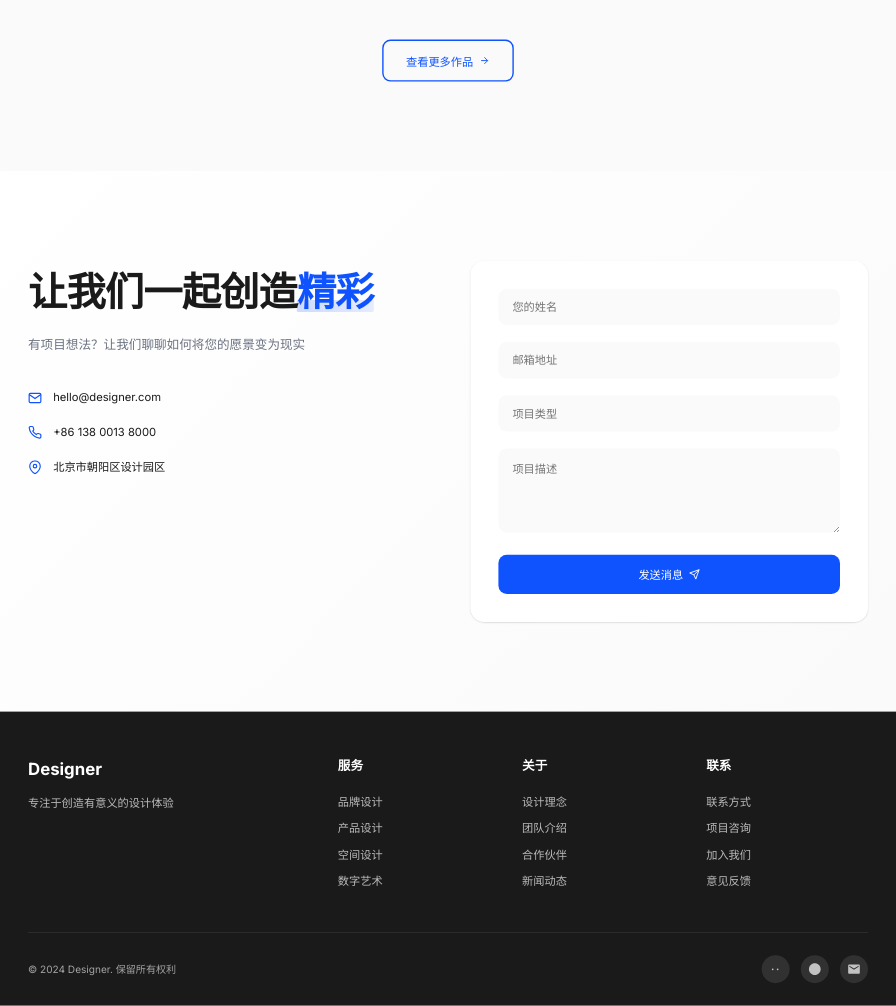
Repository: Nanzhexi/zhexi.github.io
Page: index.html
The author's editor kept a copy of each file at every save. The page is drawn from the files as they stood at one save, then again after the next save.
The browser window is 1280 px wide. The pictures show the part of the page from y = 2001 to 3921 px (the page is 3438 px tall before and 3947 px after), at 70% of full size.

Above is the page before, as saved 2025-07-03 03:40:27.

### index.html
<!DOCTYPE html>
<html lang="zh-CN">
<head>
    <meta charset="UTF-8">
    <meta name="viewport" content="width=device-width, initial-scale=1.0">
    <title>设计工作室</title>
    <link rel="stylesheet" href="./css/index.css">
    <link rel="preconnect" href="https://fonts.googleapis.com">
    <link rel="preconnect" href="https://fonts.gstatic.com" crossorigin>
    <link href="https://fonts.googleapis.com/css2?family=Inter:wght@300;400;500;600;700&display=swap" rel="stylesheet">
</head>

<body>
    <nav class="navbar">
        <div class="nav-brand">Studio</div>
        <div class="nav-links">
            <a href="#hero" class="nav-link active">首页</a>
            <a href="#portfolio" class="nav-link">作品</a>
            <a href="#contact" class="nav-link">联系</a>
        </div>
    </nav>

    <main id="hero" class="hero">
        <div class="hero-content">
            <h1 class="hero-title">
                用<span class="highlight">视觉逻辑</span><br>
                解决商业问题
            </h1>
            <p class="hero-subtitle">
                专注品牌视觉系统与数字产品体验设计
            </p>
            <button class="cta-button" onclick="document.getElementById('portfolio').scrollIntoView({behavior: 'smooth'})">
                查看作品
                <svg width="16" height="16" viewBox="0 0 24 24" fill="none" stroke="currentColor" stroke-width="2">
                    <path d="M5 12h14M12 5l7 7-7 7"/>
                </svg>
            </button>
        </div>
    </main>

    <section id="portfolio" class="portfolio">
        <div class="portfolio-content">
            <h2 class="portfolio-title">精选作品</h2>
            <p class="portfolio-subtitle">大浪淘沙，留下的皆是能叩击心灵的佳作</p>

            <div class="portfolio-grid">
                <div class="portfolio-item large">
                    <img src="./images/1.png" alt="设计作品1" loading="lazy">
                    <div class="portfolio-overlay">
                        <div class="portfolio-info">
                            <h3>品牌视觉设计</h3>
                            <p>创意海报设计</p>
                        </div>
                    </div>
                </div>

                <div class="portfolio-item">
                    <img src="./images/2.jpg" alt="设计作品2" loading="lazy">
                    <div class="portfolio-overlay">
                        <div class="portfolio-info">
                            <h3>产品包装</h3>
                            <p>时尚配饰设计</p>
                        </div>
                    </div>
                </div>

                <div class="portfolio-item">
                    <img src="./images/3.jpg" alt="设计作品3" loading="lazy">
                    <div class="portfolio-overlay">
                        <div class="portfolio-info">
                            <h3>陶瓷艺术</h3>
                            <p>传统工艺现代化</p>
                        </div>
                    </div>
                </div>

                <div class="portfolio-item">
                    <img src="./images/4.jpg" alt="设计作品4" loading="lazy">
                    <div class="portfolio-overlay">
                        <div class="portfolio-info">
                            <h3>品牌形象</h3>
                            <p>可爱IP设计</p>
                        </div>
                    </div>
                </div>

                <div class="portfolio-item">
                    <img src="./images/6.png" alt="设计作品5" loading="lazy">
                    <div class="portfolio-overlay">
                        <div class="portfolio-info">
                            <h3>空间设计</h3>
                            <p>商业空间规划</p>
                        </div>
                    </div>
                </div>

                <div class="portfolio-item">
                    <img src="./images/7.png" alt="设计作品6" loading="lazy">
                    <div class="portfolio-overlay">
                        <div class="portfolio-info">
                            <h3>餐饮品牌</h3>
                            <p>传统文化融合</p>
                        </div>
                    </div>
                </div>

                <div class="portfolio-item">
                    <img src="./images/8.png" alt="设计作品7" loading="lazy">
                    <div class="portfolio-overlay">
                        <div class="portfolio-info">
                            <h3>数字艺术</h3>
                            <p>创新视觉表达</p>
                        </div>
                    </div>
                </div>
            </div>

            <button class="portfolio-button">
                查看更多作品
                <svg width="16" height="16" viewBox="0 0 24 24" fill="none" stroke="currentColor" stroke-width="2">
                    <path d="M5 12h14M12 5l7 7-7 7"/>
                </svg>
            </button>
        </div>
    </section>

    <!-- Contact Section -->
    <section id="contact" class="contact">
        <div class="contact-content">
            <div class="contact-text">
                <h2 class="contact-title">让我们一起创造<span class="highlight">精彩</span></h2>
                <p class="contact-subtitle">有项目想法？让我们聊聊如何将您的愿景变为现实</p>

                <div class="contact-info">
                    <div class="contact-item">
                        <svg width="20" height="20" viewBox="0 0 24 24" fill="none" stroke="currentColor" stroke-width="2">
                            <path d="M4 4h16c1.1 0 2 .9 2 2v12c0 1.1-.9 2-2 2H4c-1.1 0-2-.9-2-2V6c0-1.1.9-2 2-2z"/>
                            <polyline points="22,6 12,13 2,6"/>
                        </svg>
                        <span>hello@designer.com</span>
                    </div>

                    <div class="contact-item">
                        <svg width="20" height="20" viewBox="0 0 24 24" fill="none" stroke="currentColor" stroke-width="2">
                            <path d="M22 16.92v3a2 2 0 0 1-2.18 2 19.79 19.79 0 0 1-8.63-3.07 19.5 19.5 0 0 1-6-6 19.79 19.79 0 0 1-3.07-8.67A2 2 0 0 1 4.11 2h3a2 2 0 0 1 2 1.72 12.84 12.84 0 0 0 .7 2.81 2 2 0 0 1-.45 2.11L8.09 9.91a16 16 0 0 0 6 6l1.27-1.27a2 2 0 0 1 2.11-.45 12.84 12.84 0 0 0 2.81.7A2 2 0 0 1 22 16.92z"/>
                        </svg>
                        <span>+86 138 0013 8000</span>
                    </div>

                    <div class="contact-item">
                        <svg width="20" height="20" viewBox="0 0 24 24" fill="none" stroke="currentColor" stroke-width="2">
                            <path d="M21 10c0 7-9 13-9 13s-9-6-9-13a9 9 0 0 1 18 0z"/>
                            <circle cx="12" cy="10" r="3"/>
                        </svg>
                        <span>北京市朝阳区设计园区</span>
                    </div>
                </div>
            </div>

            <div class="contact-form">
                <form>
                    <div class="form-group">
                        <input type="text" placeholder="您的姓名" required>
                    </div>
                    <div class="form-group">
                        <input type="email" placeholder="邮箱地址" required>
                    </div>
                    <div class="form-group">
                        <input type="text" placeholder="项目类型">
                    </div>
                    <div class="form-group">
                        <textarea placeholder="项目描述" rows="4" required></textarea>
                    </div>
                    <button type="submit" class="submit-button">
                        发送消息
                        <svg width="16" height="16" viewBox="0 0 24 24" fill="none" stroke="currentColor" stroke-width="2">
                            <line x1="22" y1="2" x2="11" y2="13"/>
                            <polygon points="22,2 15,22 11,13 2,9 22,2"/>
                        </svg>
                    </button>
                </form>
            </div>
        </div>
    </section>

    <!-- Footer -->
    <footer class="footer">
        <div class="footer-content">
            <div class="footer-left">
                <div class="footer-brand">Designer</div>
                <p>专注于创造有意义的设计体验</p>
            </div>

            <div class="footer-links">
                <div class="footer-column">
                    <h4>服务</h4>
                    <a href="#">品牌设计</a>
                    <a href="#">产品设计</a>
                    <a href="#">空间设计</a>
                    <a href="#">数字艺术</a>
                </div>

                <div class="footer-column">
                    <h4>关于</h4>
                    <a href="#">设计理念</a>
                    <a href="#">团队介绍</a>
                    <a href="#">合作伙伴</a>
                    <a href="#">新闻动态</a>
                </div>

                <div class="footer-column">
                    <h4>联系</h4>
                    <a href="#">联系方式</a>
                    <a href="#">项目咨询</a>
                    <a href="#">加入我们</a>
                    <a href="#">意见反馈</a>
                </div>
            </div>
        </div>

        <div class="footer-bottom">
            <p>&copy; 2024 Designer. 保留所有权利</p>
            <div class="social-links">
                <a href="#" aria-label="微信">
                    <svg width="20" height="20" viewBox="0 0 24 24" fill="currentColor">
                        <path d="M8.5 12.5c0 .8-.7 1.5-1.5 1.5s-1.5-.7-1.5-1.5.7-1.5 1.5-1.5 1.5.7 1.5 1.5zm7-1.5c-.8 0-1.5.7-1.5 1.5s.7 1.5 1.5 1.5 1.5-.7 1.5-1.5-.7-1.5-1.5-1.5z"/>
                    </svg>
                </a>
                <a href="#" aria-label="微博">
                    <svg width="20" height="20" viewBox="0 0 24 24" fill="currentColor">
                        <path d="M12 2C6.48 2 2 6.48 2 12s4.48 10 10 10 10-4.48 10-10S17.52 2 12 2z"/>
                    </svg>
                </a>
                <a href="#" aria-label="邮箱">
                    <svg width="20" height="20" viewBox="0 0 24 24" fill="currentColor">
                        <path d="M20 4H4c-1.1 0-1.99.9-1.99 2L2 18c0 1.1.9 2 2 2h16c1.1 0 2-.9 2-2V6c0-1.1-.9-2-2-2zm0 4l-8 5-8-5V6l8 5 8-5v2z"/>
                    </svg>
                </a>
            </div>
        </div>
    </footer>

    <script>
        // 平滑滚动导航
        document.querySelectorAll('a[href^="#"]').forEach(anchor => {
            anchor.addEventListener('click', function (e) {
                e.preventDefault();
                const target = document.querySelector(this.getAttribute('href'));
                if (target) {
                    target.scrollIntoView({
                        behavior: 'smooth',
                        block: 'start'
                    });
                }
            });
        });

        // 导航栏滚动效果和活动状态
        window.addEventListener('scroll', () => {
            const navbar = document.querySelector('.navbar');
            const sections = document.querySelectorAll('section, main');
            const navLinks = document.querySelectorAll('.nav-link');

            // 导航栏背景效果
            if (window.scrollY > 50) {
                navbar.classList.add('scrolled');
            } else {
                navbar.classList.remove('scrolled');
            }

            // 活动状态
            let current = '';
            sections.forEach(section => {
                const sectionTop = section.offsetTop;
                const sectionHeight = section.clientHeight;
                if (scrollY >= (sectionTop - 200)) {
                    current = section.getAttribute('id');
                }
            });

            navLinks.forEach(link => {
                link.classList.remove('active');
                if (link.getAttribute('href') === `#${current}`) {
                    link.classList.add('active');
                }
            });
        });

        // 表单提交处理
        document.querySelector('form').addEventListener('submit', function(e) {
            e.preventDefault();

            // 获取表单数据
            const formData = new FormData(this);
            const name = this.querySelector('input[type="text"]').value;
            const email = this.querySelector('input[type="email"]').value;
            const project = this.querySelector('input[type="text"]:nth-of-type(2)').value;
            const message = this.querySelector('textarea').value;

            // 简单验证
            if (!name || !email || !message) {
                alert('请填写必填字段');
                return;
            }

            // 模拟发送成功
            alert('消息发送成功！我们会尽快回复您。');
            this.reset();
        });
    </script>
</body>
</html>

Loaded but not shown: css/index.css (880 lines, source omitted)

After the next save:
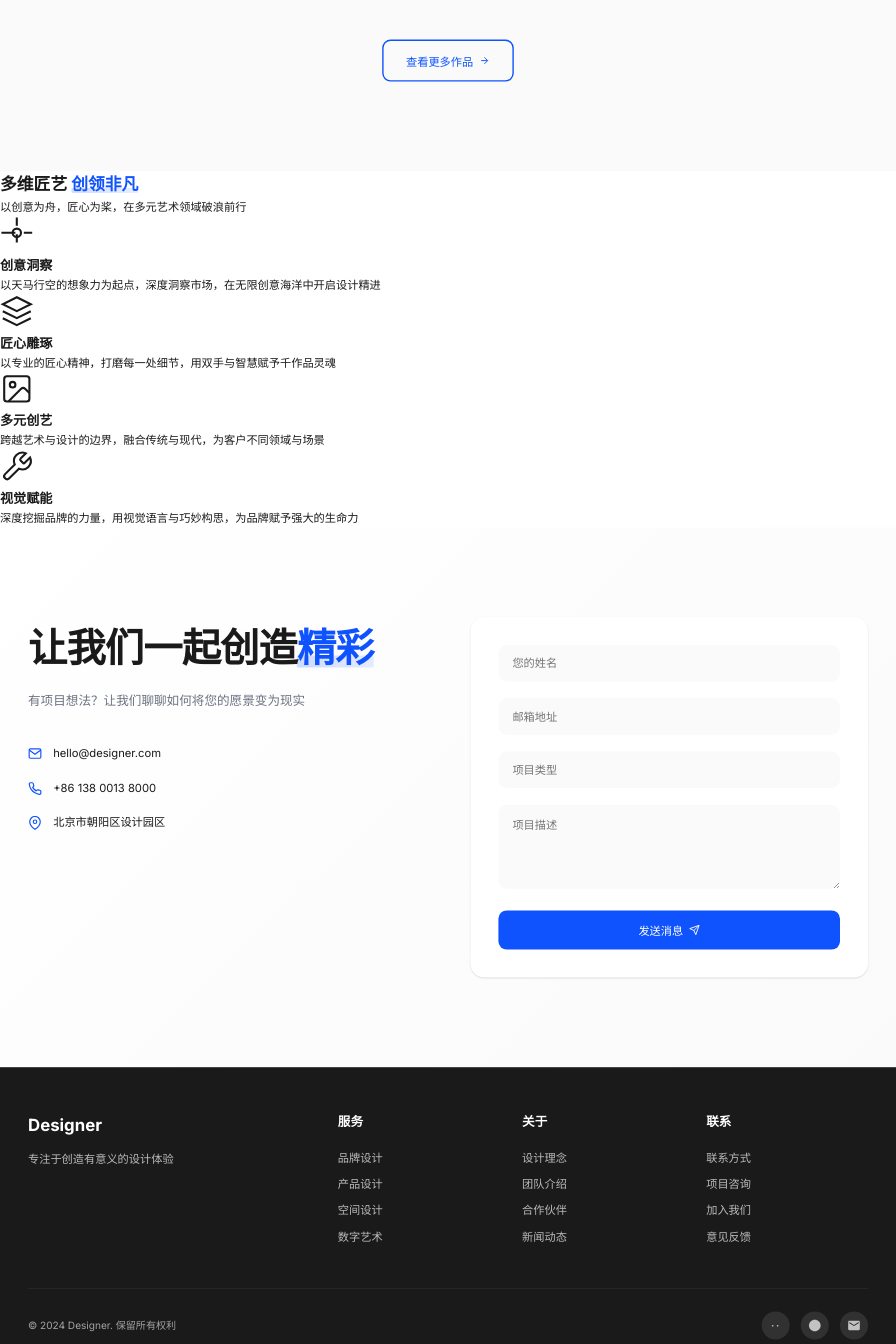
Saved 2 min 38 s later.
--- a/index.html
+++ b/index.html
@@ -121,6 +121,63 @@
                     <path d="M5 12h14M12 5l7 7-7 7"/>
                 </svg>
             </button>
+        </div>
+    </section>
+
+    <!-- Services Section -->
+    <section id="services" class="services">
+        <div class="services-content">
+            <div class="services-header">
+                <h2 class="services-title">多维匠艺 <span class="highlight">创领非凡</span></h2>
+                <p class="services-subtitle">以创意为舟，匠心为桨，在多元艺术领域破浪前行</p>
+            </div>
+
+            <div class="services-grid">
+                <div class="service-card">
+                    <div class="service-icon">
+                        <svg width="48" height="48" viewBox="0 0 24 24" fill="none" stroke="currentColor" stroke-width="1.5">
+                            <circle cx="12" cy="12" r="3"/>
+                            <path d="M12 1v6m0 6v6m11-7h-6m-6 0H1"/>
+                        </svg>
+                    </div>
+                    <h3 class="service-title">创意洞察</h3>
+                    <p class="service-description">以天马行空的想象力为起点，深度洞察市场，在无限创意海洋中开启设计精进</p>
+                </div>
+
+                <div class="service-card">
+                    <div class="service-icon">
+                        <svg width="48" height="48" viewBox="0 0 24 24" fill="none" stroke="currentColor" stroke-width="1.5">
+                            <path d="M12 2L2 7l10 5 10-5-10-5z"/>
+                            <path d="M2 17l10 5 10-5"/>
+                            <path d="M2 12l10 5 10-5"/>
+                        </svg>
+                    </div>
+                    <h3 class="service-title">匠心雕琢</h3>
+                    <p class="service-description">以专业的匠心精神，打磨每一处细节，用双手与智慧赋予千作品灵魂</p>
+                </div>
+
+                <div class="service-card">
+                    <div class="service-icon">
+                        <svg width="48" height="48" viewBox="0 0 24 24" fill="none" stroke="currentColor" stroke-width="1.5">
+                            <rect x="3" y="3" width="18" height="18" rx="2" ry="2"/>
+                            <circle cx="9" cy="9" r="2"/>
+                            <path d="M21 15l-3.086-3.086a2 2 0 0 0-2.828 0L6 21"/>
+                        </svg>
+                    </div>
+                    <h3 class="service-title">多元创艺</h3>
+                    <p class="service-description">跨越艺术与设计的边界，融合传统与现代，为客户不同领域与场景</p>
+                </div>
+
+                <div class="service-card">
+                    <div class="service-icon">
+                        <svg width="48" height="48" viewBox="0 0 24 24" fill="none" stroke="currentColor" stroke-width="1.5">
+                            <path d="M14.7 6.3a1 1 0 0 0 0 1.4l1.6 1.6a1 1 0 0 0 1.4 0l3.77-3.77a6 6 0 0 1-7.94 7.94l-6.91 6.91a2.12 2.12 0 0 1-3-3l6.91-6.91a6 6 0 0 1 7.94-7.94l-3.76 3.76z"/>
+                        </svg>
+                    </div>
+                    <h3 class="service-title">视觉赋能</h3>
+                    <p class="service-description">深度挖掘品牌的力量，用视觉语言与巧妙构思，为品牌赋予强大的生命力</p>
+                </div>
+            </div>
         </div>
     </section>
 
